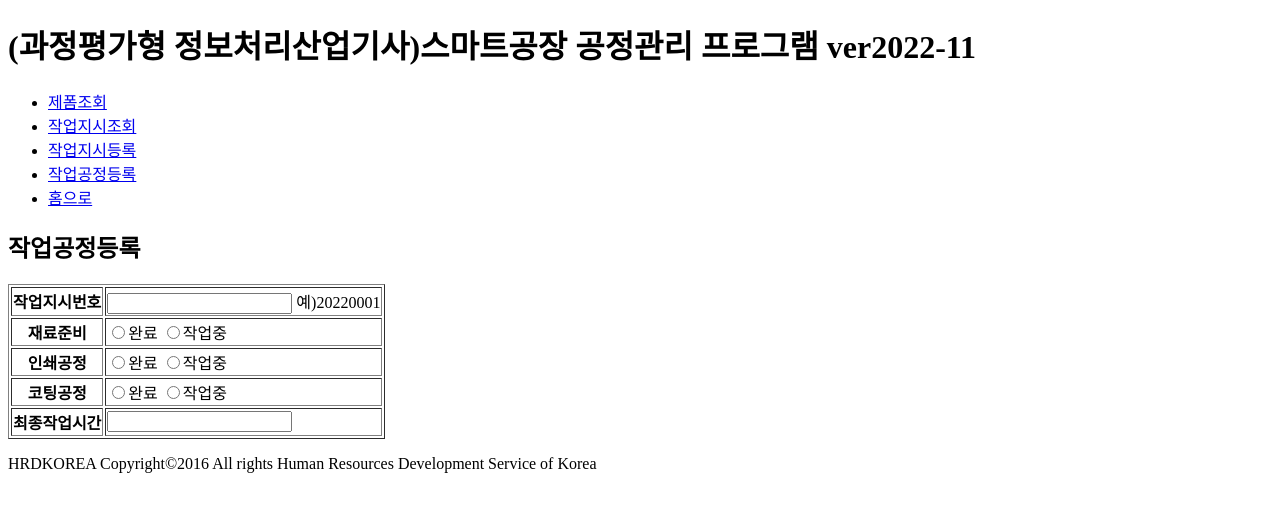
Repository: anakyn01/exam
Page: http://localhost/smart_5/sub3.jsp
These files come from the project's save history. The page is drawn as it stood at one moment and after the next save; the edit follows.
The browser window is 1280 px wide. The pictures show the whole page.
The page is served by Tomcat 9.

Above is the page before, as saved 2025-01-06 07:12:02.

After the next save:
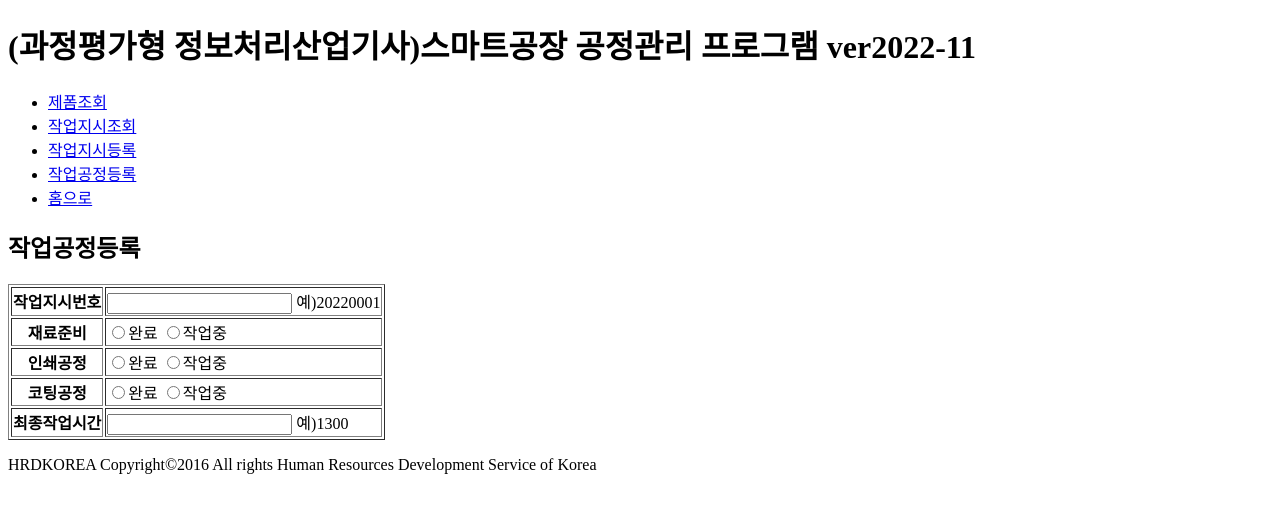
Saved 15 s later.
--- a/smart_5/src/main/webapp/sub3.jsp
+++ b/smart_5/src/main/webapp/sub3.jsp
@@ -37,6 +37,7 @@
 		<th>최종작업시간</th>
 		<td>
 <input type="text" name="w_lasttime">
+<span>예)1300</span>
 		</td>
 	</tr>
 </table>
